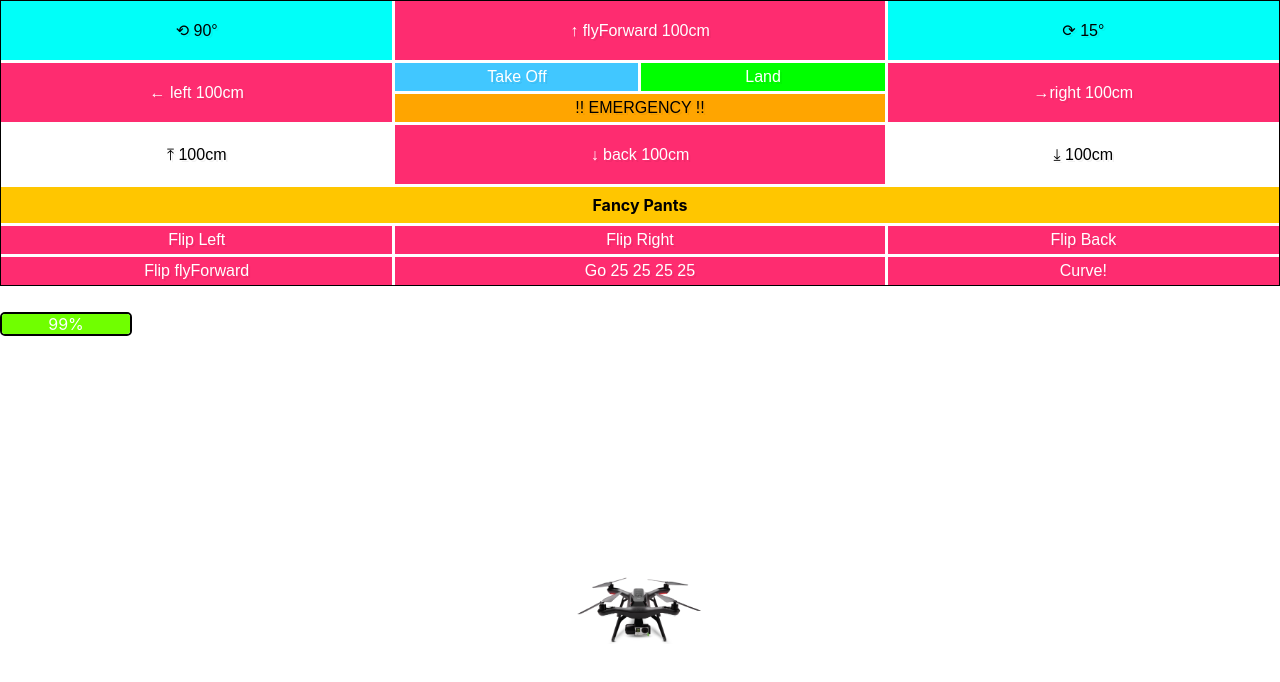
Repository: JivkoJelev91/Drone-Simulator
Page: /
An editor plug-in stored every save of this project. The page is shown before and after the next save, followed by the edit.
The browser window is 1280 px wide. The pictures show the whole page.
The project was rebuilt for these pictures with package versions that can differ from the ones it lists, and the page was loaded fresh each time.

Above is the page before, as saved 2018-12-21 11:43:45.

### src/index.css
body {
  margin: 0;
  padding: 0;
  font-family: -apple-system, BlinkMacSystemFont, "Segoe UI", "Roboto", "Oxygen",
    "Ubuntu", "Cantarell", "Fira Sans", "Droid Sans", "Helvetica Neue",
    sans-serif;
  -webkit-font-smoothing: antialiased;
  -moz-osx-font-smoothing: grayscale;
}

code {
  font-family: source-code-pro, Menlo, Monaco, Consolas, "Courier New",
    monospace;
}

.view{
  display:flex;
  padding-top:2%;

}

.parentDrone{
  width:100%;
  padding-top: 10%;
  display:flex;
  justify-content: center;
  /* transform: rotate(0deg);  */
}

.drone img {
  width: 100%;

}

.drone{
  width:10%;

}

.batteryStyles{
  width: 10%;
  border: 2px solid black;
  border-radius: 5px;
  overflow: hidden;
  display: flex;
  flex-direction: column-reverse;
}

.batteryLevel {
  transition: all 0.5s;
  height: 100%;
  text-align: center;
  color: white;
  display: block;
  background: var(--color);
  background: #70ff00;
}

.CommandGrid{
  display: grid;
  grid-template-columns: 1fr 1.25fr 1fr;
  grid-template-rows: repeat(3, 1fr);
  border: 1px solid black;
  grid-gap: 3px;
}

.CommandGrid .center{
  display: grid;
  grid-gap: 3px;
  grid-template-columns: 1fr 1fr;
}

.CommandGrid h2{
  grid-column: 1 / -1;
  background: #ffc600;
  margin: 0;
  font-size: 1rem;
  text-align: center;
  padding: 0.5rem;
  color: black;
}

.CommandGrid .center button:last-child{
  grid-column: span 2;
}

.CommandGrid   button {
  text-shadow: 2px 2px 0 rgba(0, 0, 0, 0.05);
  border: 0;
  background: #fe2c70;
  border: 4px solid transparent;
  color: white;
  font-size: 1rem;
  position: relative;
}
.CommandGrid button:active{
  top: 2px;
}
.CommandGrid button:focus{
  outline: 0;
  border-color: #ffc600;
}
.CommandGrid button.takeoff{
  background: #41c7ff;
}
.CommandGrid button.land{
  background: #00ff00;
}
.CommandGrid button.emergency{
  background: orange;
  text-transform: uppercase;
  color: black;
}
.CommandGrid button.rotate{
  background: #00fff9;
  color: black;
}
.CommandGrid button.height{
  background: #fff;
  color: black;
}
.CommandGrid button.span.symbol {
  display: block;
  font-size: 2rem;
  font-weight: 400;
}

.CommandGrid button.innactiveBtns{
  pointer-events: none;
  background-color: grey;
  border-color: grey;
}

### src/App.js
import React, { Component } from 'react';
import Buttons from './Buttons/Buttons';
import './App.css';

class App extends Component {
  render() {
    return (
        <div className="App">
            <Buttons />
        </div>
    );
  }
}

export default App;

### src/Buttons/Buttons.js
import React, { Component } from 'react';
import Battery from './Battery';
import Drone from './Drone'

class Buttons extends Component{
  constructor(props){
    super(props)
    this.amount = 100;
    this.counter = 0;
    this.state = {
      forward: 0,
      isActive: true,
    }
  }

  rotate(){
    return console.log('rotate!!');
  }

  flyForward = () => {
    this.setState({
      forward: 100,
      isActive: true
    })
    // for (let index = 0; index <= 100; index++) {
    //     setTimeout(() => {
    //       this.setState({
    //         forward: index,
    //         isActive: false
    //       });
    //     if(this.state.forward === 100){
    //       this.setState({
    //         isActive: true
    //       })
    //     }
    //   }, index * 10);

  }

  back(){
      return console.log('back');
  }

  left(){
      return console.log('left');
  }

  right(){
      return console.log('right');
  }

  takeOff(){
      return console.log('takeOff');
  }

  flipLeft(){
      return console.log('flipLeft');
  }

  flipRight(){
      return console.log('flipRight');
  }

  flipflyForward(){
      return console.log('flipflyForward');
  }

  flipBack(){
      return console.log('flipBack');
  }

  hight(){
      return console.log('hight');
  }

  low(){
      return console.log('low');
  }

  land(){
      return console.log('land');
  }

  emergency(){
      return console.log('emergency');
  }

  render(){
    return (
      <div id="wrapper">
        <div className="CommandGrid">

        <button className="rotate" onClick={this.rotate}>
          <span className="symbol">⟲</span> 90°
        </button>
        <button onClick={this.flyForward} className={!this.state.isActive ? 'innactiveBtns' : null}>
          <span className="symbol">↑</span> flyForward {this.amount}cm
        </button>

        <button className="rotate" onClick={this.rotate}>
          <span className="symbol">⟳</span> 15°
        </button>
        <button onClick={this.left}>
          <span className="symbol">←</span> left {this.amount}cm
        </button>
        <div className="center">
          <button className="takeoff" onClick={this.takeOff}>
            Take Off
          </button>
          <button className="land" onClick={this.land}>
            Land
          </button>
          <button className="emergency" onClick={this.emergency}>
            !! emergency !!
          </button>
        </div>
        <button onClick={this.right}>
          <span className="symbol">→</span>
          right {this.amount}cm
        </button>
        <button className="height" onClick={this.hight}>
          <span className="symbol">⤒</span> {this.amount}cm
        </button>
        <button onClick={this.back}>
          <span className="symbol">↓</span> back {this.amount}cm
        </button>
        <button className="height" onClick={this.low}>
          <span className="symbol">⤓</span> {this.amount}cm
        </button>
        <h2>Fancy Pants</h2>
        <button onClick={this.flipLeft}>Flip Left</button>
        <button onClick={this.flipRight}>Flip Right</button>
        <button onClick={this.flipBack}>Flip Back</button>
        <button onClick={this.flipflyForward}>Flip flyForward</button>
        <button onClick={console.log('TODO')}>Go 25 25 25 25</button>
        <button onClick={console.log('TODO')}>
          Curve!
        </button>
    </div>
        <div className="view">
              <Battery />
              <Drone state={this.state}/>
          </div>
    </div>
    )
  }
}

export default Buttons;

### src/Buttons/Battery.js
import React, {Component}  from 'react';


class Battery extends Component {
  constructor(){
    super();
    this.state = {
      batteryLevel: 0
    }
    this.countdown = null;
    this.counter = 0;
  }

  lowBattery = () => {
      this.setState({
        batteryLevel: parseInt((10000 - ++this.counter) / 100)
      });
  }

  componentDidMount() {
    this.countdown = setInterval(this.lowBattery, 1000);
  }

  componentWillUnmount() {
    if(this.batteryLevel === 0) clearInterval(this.countdown);
  }

  componentWillMount(){
    this.lowBattery();
  }

  render() {
    return (
      <div className="batteryStyles">
          <span className="batteryLevel" style={{ height:`${ this.state.batteryLevel }%`}}>{this.state.batteryLevel}%</span>
      </div>
    );
  }
}

export default Battery;

### src/Buttons/Drone.js
import React, { Component } from 'react';
import dronePic from '../images/drone.png'

class Drone extends Component {
  constructor(props){
    super(props)
  }
  render() {
    console.log(this.props.state.forward);
    const styles ={
      bottom: `10%`,
      position: `absolute`,
      transition: `bottom 2s ease-in`,
    }
    return (
          <div className="parentDrone" style={styles}>
            <div className="drone" >
              <img src={dronePic} alt="drone" />
            </div>
          </div>
    );
  }
}

export default Drone;

Loaded but not shown: public/index.html (common file); src/index.js (common file); src/serviceWorker.js (common file); src/App.css (common file)

After the next save:
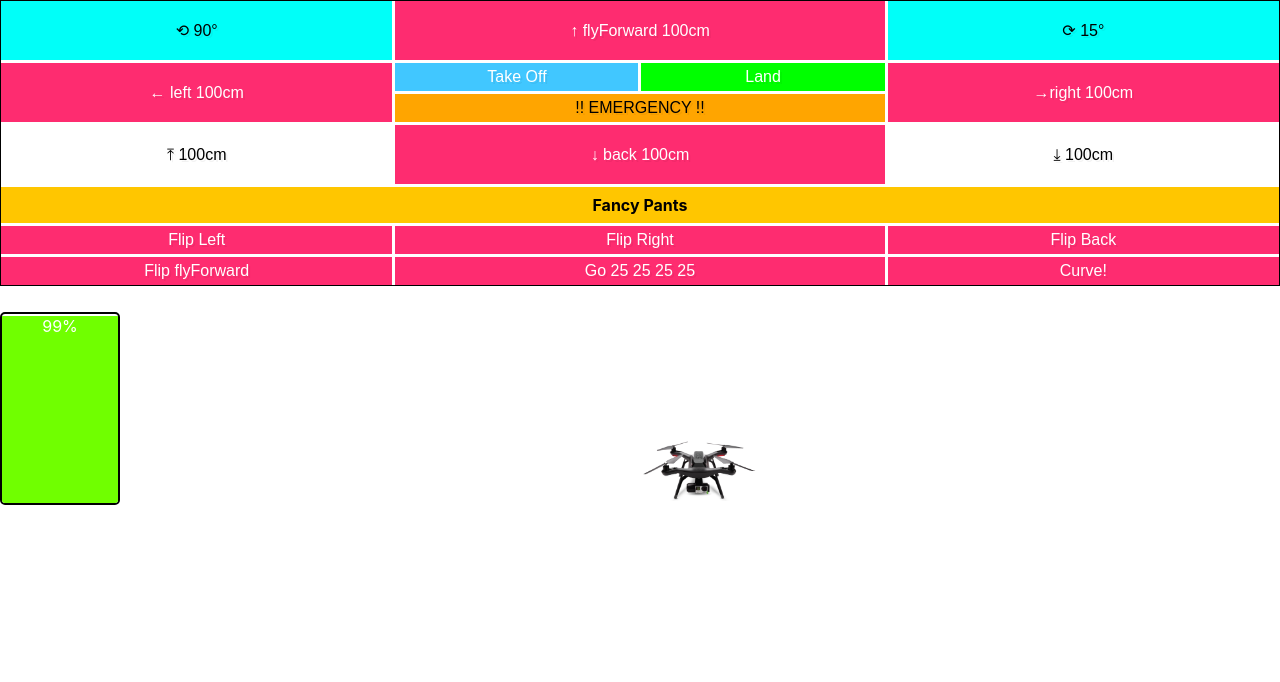
Saved 7 min 53 s later.
--- a/src/Buttons/Drone.js
+++ b/src/Buttons/Drone.js
@@ -9,7 +9,6 @@
     console.log(this.props.state.forward);
     const styles ={
       bottom: `10%`,
-      position: `absolute`,
       transition: `bottom 2s ease-in`,
     }
     return (

After the 2 saves that followed:
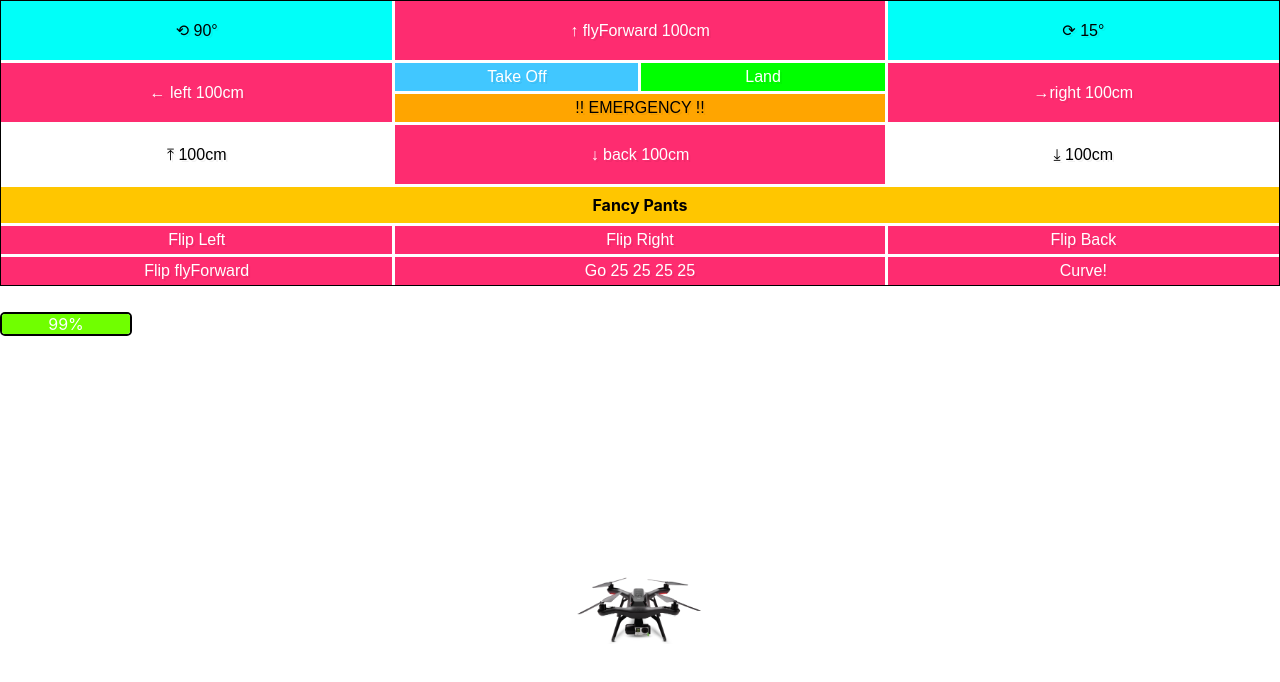
The 2 saves are shown as one change because 1 left the picture as it was.
The last was saved 23 s later.
--- a/src/index.css
+++ b/src/index.css
@@ -24,6 +24,8 @@
   padding-top: 10%;
   display:flex;
   justify-content: center;
+  position: absolute;
+  bottom:0;
   /* transform: rotate(0deg);  */
 }
 
